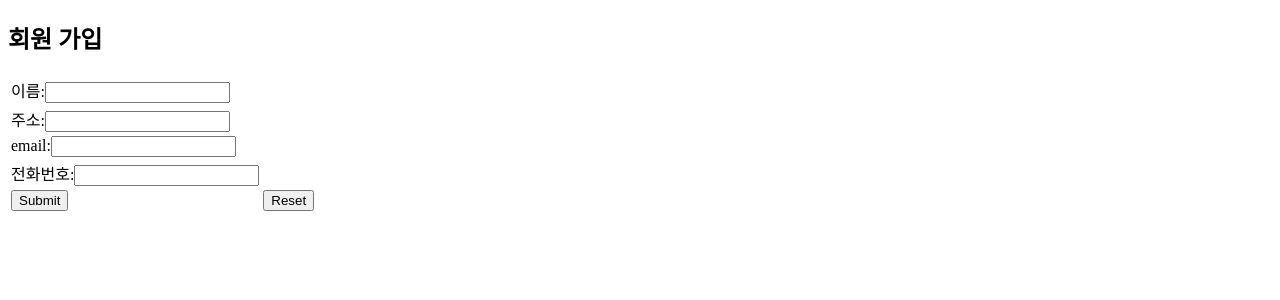
Repository: kdh2212/KDT_code
Page: http://localhost/20250804Web/regMemberForm.jsp
These files come from the project's save history. The page is drawn as it stood at one moment and after the next save; the edit follows.
The browser window is 1280 px wide. The pictures show the whole page.
The page is served by Tomcat 9.

Above is the page before, as saved 2025-08-04 06:24:19.

After the next save:
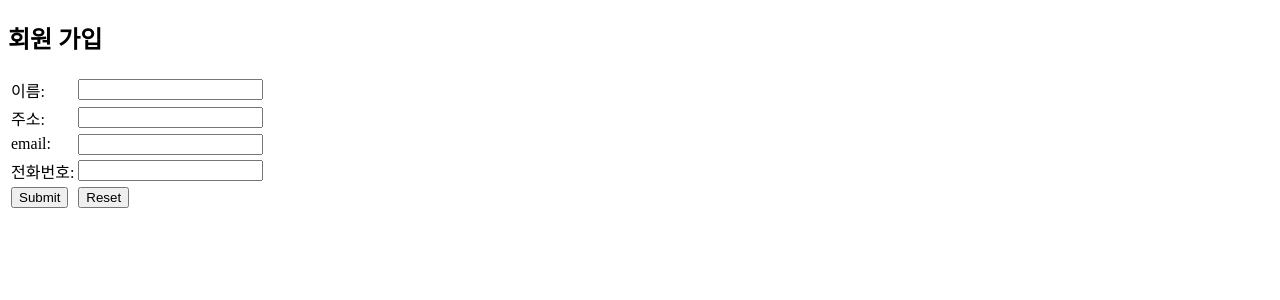
Saved 40 s later.
--- a/20250804Web/src/main/webapp/regMemberForm.jsp
+++ b/20250804Web/src/main/webapp/regMemberForm.jsp
@@ -10,10 +10,10 @@
 <h2>회원 가입</h2>
 <table>
 <from action="">
-<tr><td>이름:<input type="text"/></td></tr>
-<tr><td>주소:<input type="text"/></td></tr>
-<tr><td>email:<input type="text"/></td></tr>
-<tr><td>전화번호:<input type="text"/></td></tr>
+<tr><td>이름:</td><td><input type="text"/></td></tr>
+<tr><td>주소:</td><td><input type="text"/></td></tr>
+<tr><td>email:</td><td><input type="text"/></td></tr>
+<tr><td>전화번호:</td><td><input type="text"/></td></tr>
 <tr><td><input type= "submit"/></td>
 <td><input type="reset"/></td></tr>
 </from>
